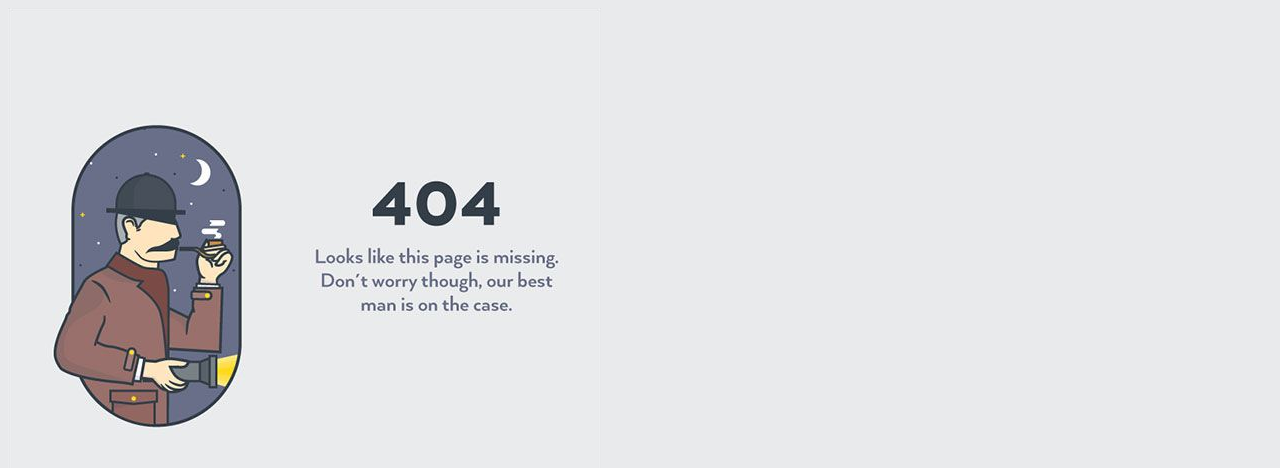
Repository: Raz-Dva/Toolpip-plugin
Page: 404.html
The author's editor kept a copy of each file at every save. The page is drawn from the files as they stood at one save, then again after the next save.
The browser window is 1280 px wide. The pictures show the whole page.

Above is the page before, as saved 2021-10-21 19:17:22.

After the next save:
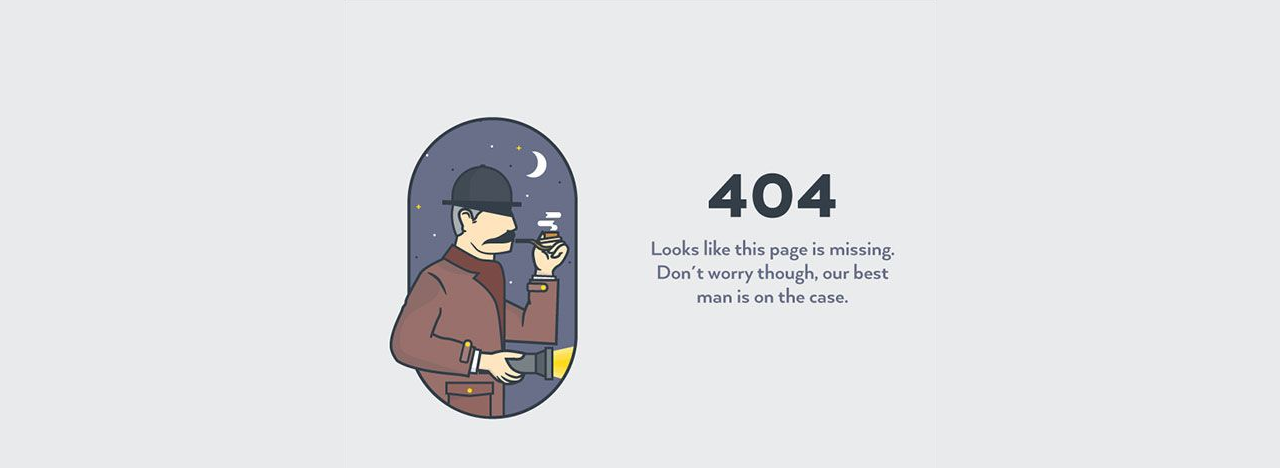
Saved 102 s later.
--- a/404.html
+++ b/404.html
@@ -1,15 +1,20 @@
 <!DOCTYPE html>
 <html lang="en">
+
 <head>
   <meta charset="UTF-8">
   <meta http-equiv="X-UA-Compatible" content="IE=edge">
   <meta name="viewport" content="width=device-width, initial-scale=1.0">
   <title>Document</title>
+  <link rel="stylesheet" href="css/library/bootstrap.min.css" />
+  <link rel="stylesheet" href="css/normalize.css" />
 </head>
+
 <body style="background-color:#E9EAEC">
   <div class="text-center">
     <img src="img/404.png" alt="">
   </div>
 
 </body>
+
 </html>
